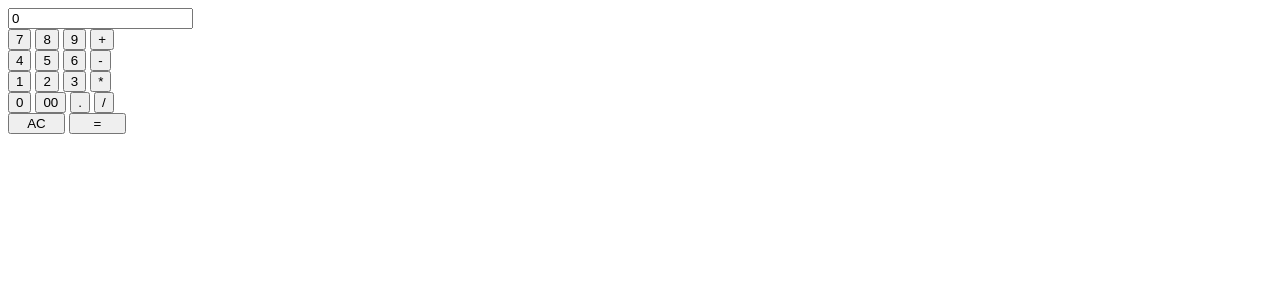
Repository: L4TEXXX/Culcration
Page: index.html
The author's editor kept a record of every edit. The page is drawn from the files as they stood at one moment, then again after the next edit.
The browser window is 1280 px wide. The pictures show the whole page.
Some web libraries are served in a nearby version.

Above is the page before.

### index.html
<!DOCTYPE html>
<html lang="en">
    <head>
        <meta charset="UTF-8">
        <script src="https://code.jquery.com/jquery-3.2.1.js" integrity="sha256-DZAnKJ/6XZ9si04Hgrsxu/8s717jcIzLy3oi35EouyE=" crossorigin="anonymous"></script>  <!-- jqueryで実装する場合 -->
        <link rel="stylesheet" href="main.css">
        <title>電卓</title>
    </head>

    <body>
     <main>

       <form name="calcForm"　class="culcrate">
         <div class="resultLine">
            <input type="text" value="0" name="resultLine">
         </div>

         <div class="calc-button">
            <input type="button" value="7" onclick="numValue(7)">
            <input type="button" value="8" onclick="numValue(8)">
            <input type="button" value="9" onclick="numValue(9)">
            <input type="button" value="+" onclick="numCalc('+')">
         </div>

         <div class="calc-button">
            <input type="button" value="4" onclick="numValue(4)">
            <input type="button" value="5" onclick="numValue(5)">
            <input type="button" value="6" onclick="numValue(6)">
            <input type="button" value="-" onclick="numCalc('-')">
         </div>

         <div class="calc-button">
            <input type="button" value="1" onclick="numValue(1)">
            <input type="button" value="2" onclick="numValue(2)">
            <input type="button" value="3" onclick="numValue(3)">
            <input type="button" value="*" onclick="numCalc('*')">
         </div>

         <div class="calc-button">
            <input type="button" value="0" onclick="numValue(0)">
            <input type="button" value="00" onclick="numValue('00')">
            <input type="button" value="." onclick="numValue('.')">
            <input type="button" value="/" onclick="numCalc('/')">
         </div>

         <div class="calc-button">
            <input type="button" class="under-button" value="AC" onclick="clearButton()">
            <input type="button" class="under-button" value="=" onclick="numCalc('=')">
         </div>
       </form>
      </div>
     </main>
        <script src="main.js"></script>
    </body>
</html>

### main.css
.culcrate{
    display:flex;
    justify-content:center;
}

.calc-button{
    width:100%;
}

.calc-button .num-button{
    width:26px;
    text-align:center;
}

.under-button{
    width:57px;
}

### main.js
let numInput = "";//現在の入力値
let numTotal = 0;//合計値
let checkFlg = 1;//一個前に入力したものが1:演算子0:数字と仮定する。
let culcration = "+";//合計値と現在の演算子

//画面表示
function numValue(num){
    checkFlg = 0;
    numInput += num;
    document.calcForm.resultLine.value = numInput;
}

//演算
function numCalc(operator){
    if(checkFlg == 0){
        checkFlg = 1;
        const numWork = numTotal+culcration+numInput;
        numTotal = eval(numWork);
        numInput = "";
        document.calcForm.resultLine.value = numTotal;
    }
    if(operator=='='){
        numTotal = 0;
        culcration = "+";
    }else{
            culcration = operator;
        }
    }

function clearButton(){
    numTotal = "0";
    numInput = "";
    culcration = "+";
    document.calcForm.resultLine.value = numTotal;
}

After the next edit:
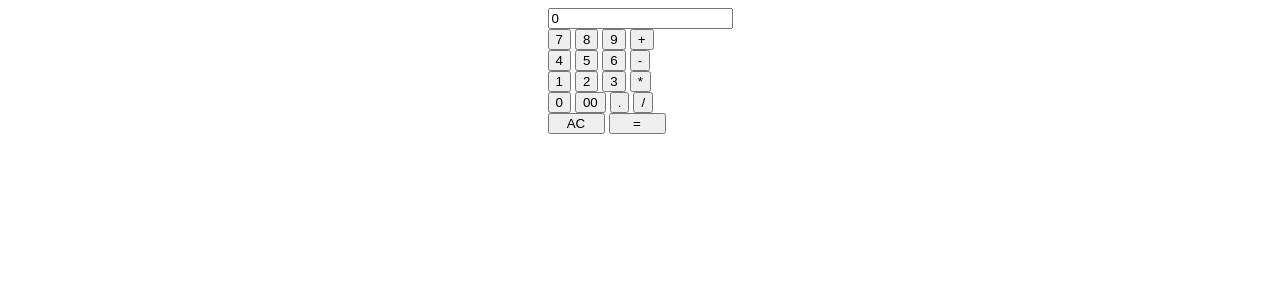
The edit:
--- a/index.html
+++ b/index.html
@@ -9,8 +9,8 @@
 
     <body>
      <main>
-
-       <form name="calcForm"　class="culcrate">
+      <div class="culcrate">
+       <form name="calc-form">
          <div class="resultLine">
             <input type="text" value="0" name="resultLine">
          </div>
